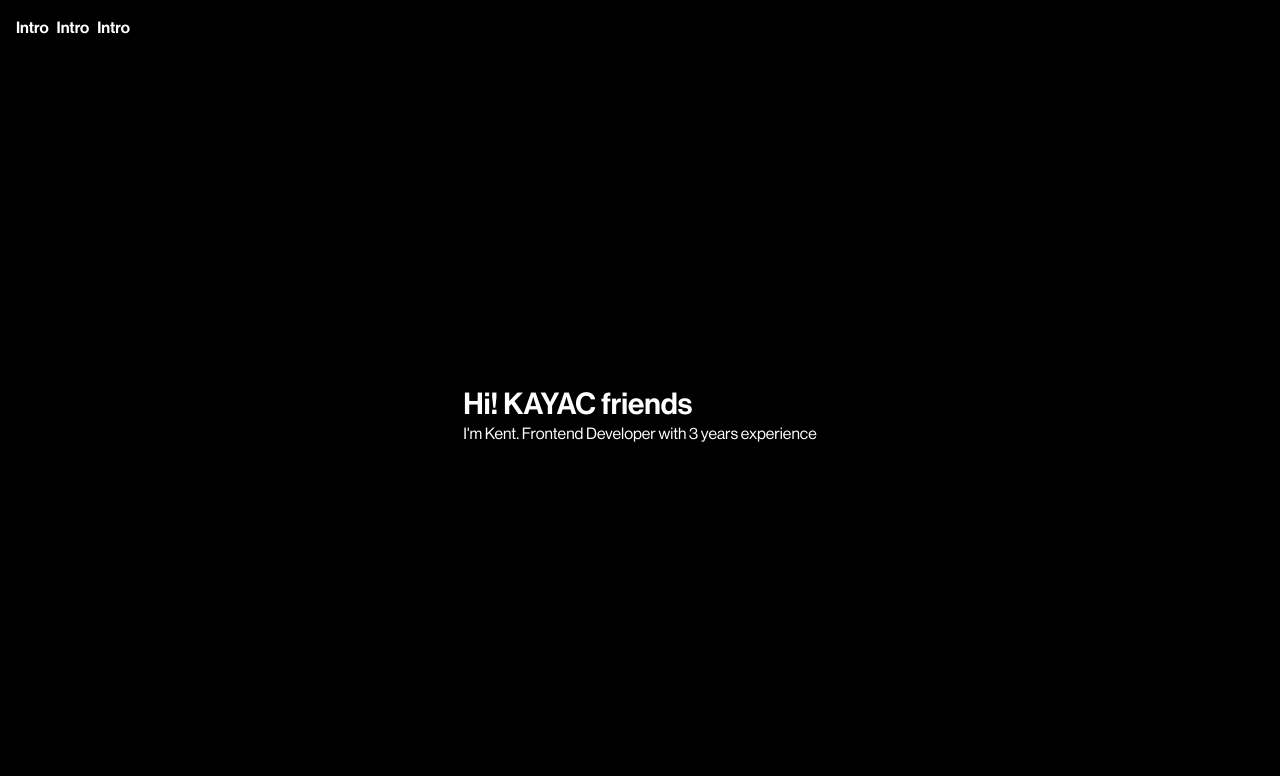
Repository: kentnathaniel/kayac-presentation
Page: /
These files come from the project's save history. The page is drawn as it stood at one moment and after the next save; the edit follows.
The browser window is 1280 px wide. The pictures show the whole page.
The project was rebuilt for these pictures with package versions that can differ from the ones it lists, and the page was loaded fresh each time. Also part of the build but not shown: vite.config.ts.

Above is the page before, as saved 2024-09-14 09:05:27.

### src/App.tsx
function App() {
  return (
    <div className="grid w-screen min-h-screen">
      <div className="flex w-screen sticky top-0 gap-2 p-4">
        <a>Intro</a>
        <a>Intro</a>
        <a>Intro</a>
      </div>
      <div className="flex flex-col justify-center mx-auto h-screen">
        <h1 className="text-3xl text-left">Hi! KAYAC friends</h1>
        <p className="font-thin">
          I'm Kent. Frontend Developer with 3 years experience
        </p>
      </div>
    </div>
  );
}

export default App;

### src/index.css
@tailwind base;
@tailwind components;
@tailwind utilities;

body {
  background-color: black;
  color: white;
}

/* Thin */
@font-face {
  font-family: "Neue-Haas-Grotesk";
  src: url("./assets/fonts/NeueHaasDisplayRoman.ttf") format("truetype");
  font-weight: 300;
  font-style: normal;
}

@font-face {
  font-family: "Neue-Haas-Grotesk";
  src: url("./assets/fonts/NeueHaasDisplayRomanItalic.ttf") format("truetype");
  font-weight: 300;
  font-style: italic;
}

/* Mediums */
@font-face {
  font-family: "Neue-Haas-Grotesk";
  src: url("./assets/fonts/NeueHaasDisplayMedium.ttf") format("truetype");
  font-weight: 400;
  font-style: normal;
}

@font-face {
  font-family: "Neue-Haas-Grotesk";
  src: url("./assets/fonts/NeueHaasDisplayMediumItalic.ttf") format("truetype");
  font-weight: 400;
  font-style: italic;
}

/* Bolds */
@font-face {
  font-family: "Neue-Haas-Grotesk";
  src: url("./assets/fonts/NeueHaasDisplayBold.ttf") format("truetype");
  font-weight: 700;
  font-style: normal;
}

@font-face {
  font-family: "Neue-Haas-Grotesk";
  src: url("./assets/fonts/NeueHaasDisplayBoldItalic.ttf") format("truetype");
  font-weight: 700;
  font-style: italic;
}

body {
  font-family: "Neue-Haas-Grotesk", Arial, Helvetica, sans-serif;
}

### tailwind.config.ts
/** @type {import('tailwindcss').Config} */
export default {
  content: ["./index.html", "./src/**/*.{js,ts,jsx,tsx}"],
  theme: {
    extend: {
      fontFamily: {
        custom: ["Neue-Haas-Grotesk"],
      },
    },
  },
  plugins: [],
};

Loaded but not shown: index.html (common file); src/main.tsx (common file)

After the next save:
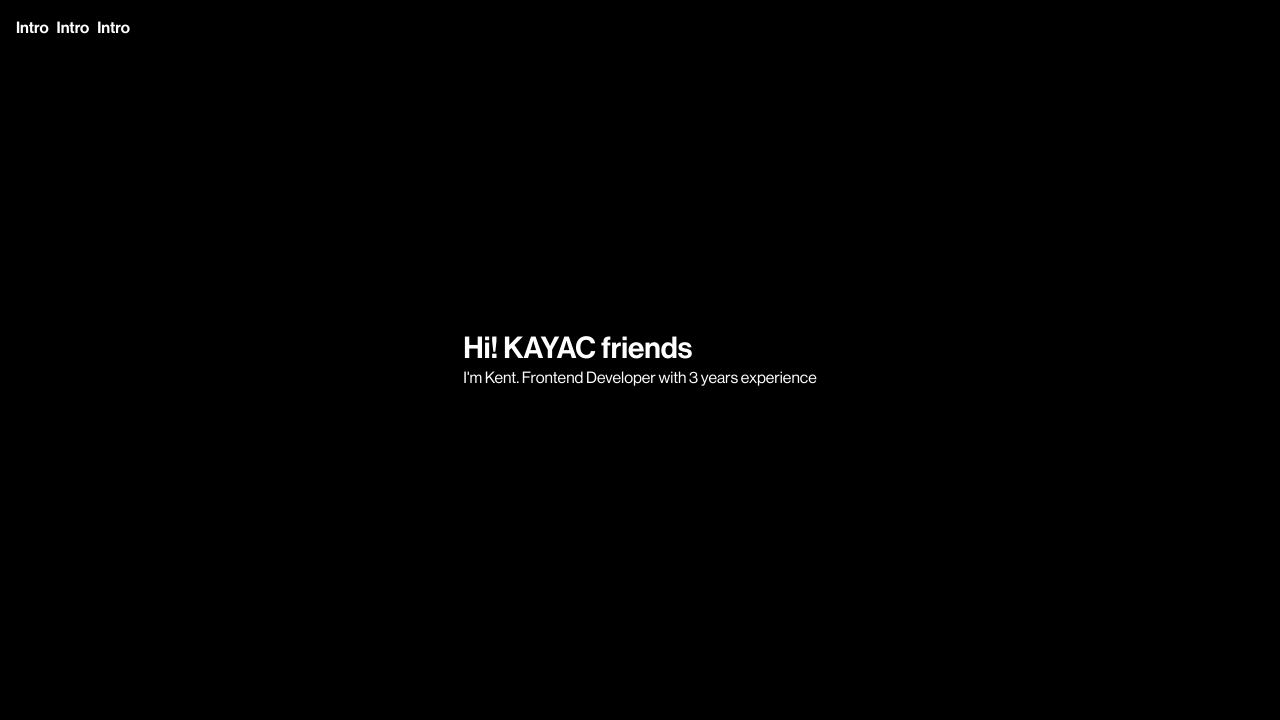
Saved 11 s later.
--- a/src/App.tsx
+++ b/src/App.tsx
@@ -1,7 +1,7 @@
 function App() {
   return (
     <div className="grid w-screen min-h-screen">
-      <div className="flex w-screen sticky top-0 gap-2 p-4">
+      <div className="flex w-screen fixed top-0 gap-2 p-4">
         <a>Intro</a>
         <a>Intro</a>
         <a>Intro</a>
